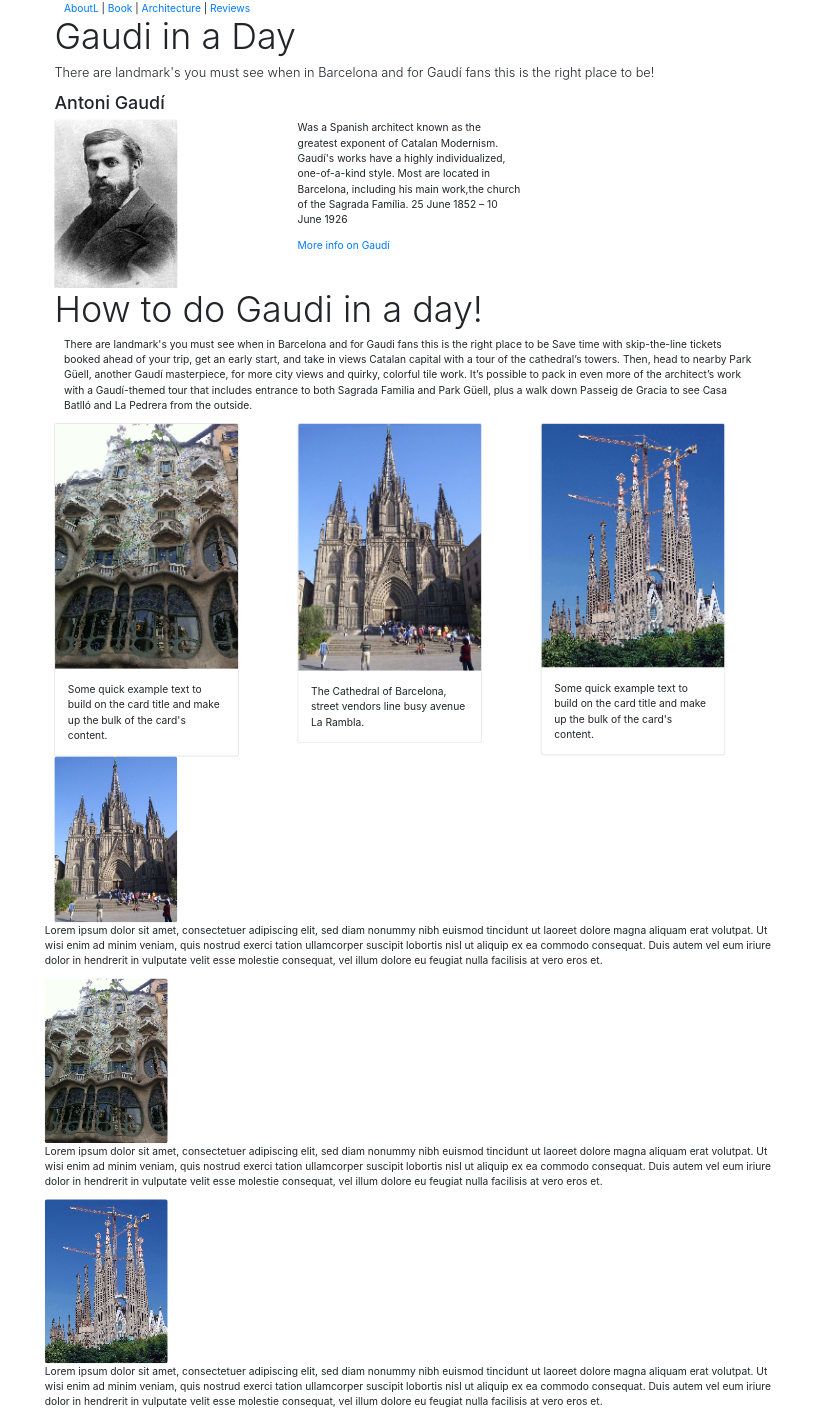
Repository: Taitdanielle/Milestone1
Page: index.html
The author's editor kept a record of every edit. The page is drawn from the files as they stood at one moment, then again after the next edit.
The browser window is 1280 px wide. The page is 1280 px wide, then 1295 px, so the pictures cover 1295 px, including what lies to the right of the window. The pictures show the whole page, at 64% of full size.

Above is the page before.

After the next edit:
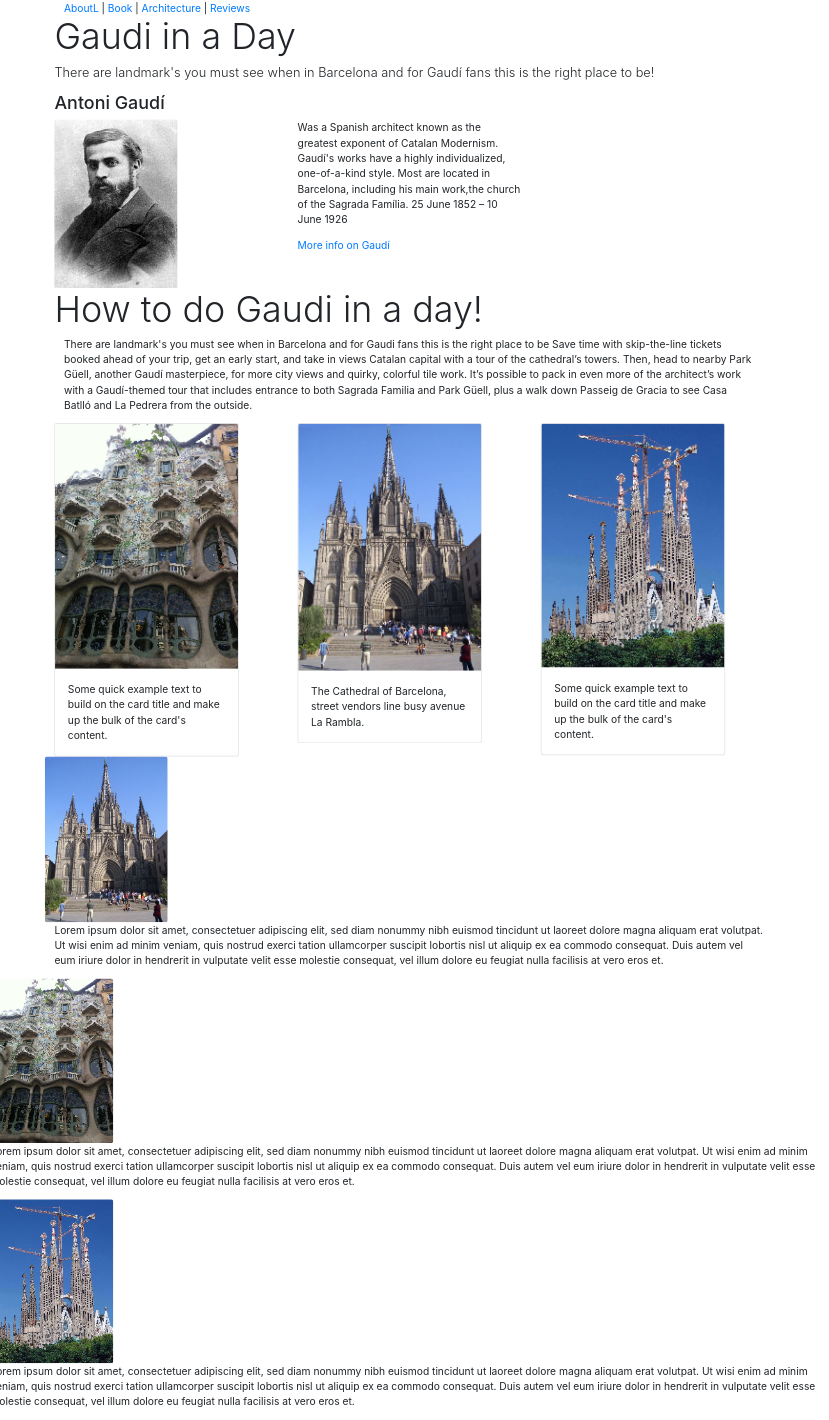
The edit:
--- a/index.html
+++ b/index.html
@@ -85,7 +85,6 @@
 
         <div class="container">
             <div class="row">
-                <div class="col-md-4">
                     <img src="images/Sta-eulalia.jpg" class="rounded float-left" alt="barrigotic building">
                 </div>
 
